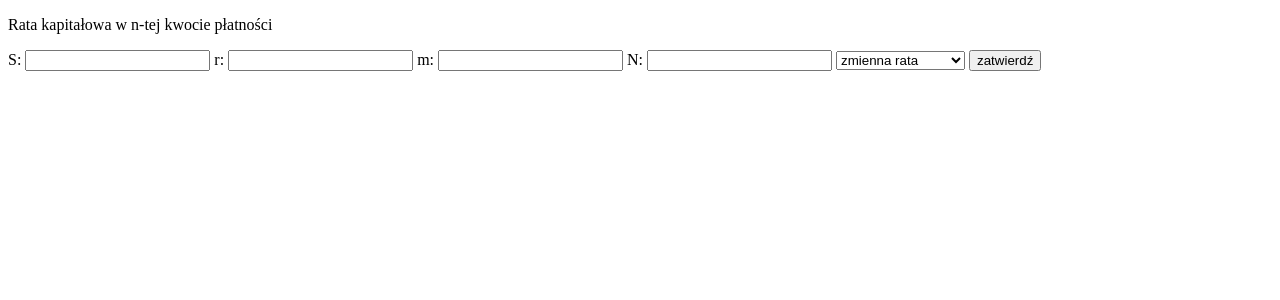
Repository: ravkita/MFCalc
Page: index.html
These files come from the project's save history. The page is drawn as it stood at one moment and after the next save; the edit follows.
The browser window is 1280 px wide. The pictures show the whole page.

Above is the page before, as saved 2021-04-12 17:43:38.

### index.html
<!DOCTYPE html>
<html lang="en">
<head>
    <meta charset="UTF-8">
    <meta http-equiv="X-UA-Compatible" content="IE=edge">
    <meta name="viewport" content="width=device-width, initial-scale=1.0">
    <title>Kalkulator</title>
</head>
<body>
    <p class="title">Rata kapitałowa w n-tej kwocie płatności </p>
    <form action="" id="rata">
        <label for="S">S:</label> <input type="number" name="S" class="s">
        <label for="r">r:</label> <input type="number" name="r" class="r">
        <label for="m">m:</label> <input type="number" name="m" class="m">
        <label for="N">N:</label> <input type="number" name="N" class="N">
        <select name="type" id="typ">
            <option value="1">zmienna rata</option>
            <option value="2">zmienne płatności</option>
        </select>
        <input type="button" name="confirm" id="confirm" value="zatwierdź">
    </form>
    <div class="result">

    </div>
    <script type="text/javascript">
        let s;
        let r;
        let m;
        let N;
        let q;
        function rataStała(){

        }
        function rataZmienna(){
            let tn = [];
                for(let i = 1; i<=N; i++){
                    const el = document.createElement("p");
                    tn[i-1] = s*((Math.pow(q, i) - Math.pow(q, i-1))/(Math.pow(q, m*N) - 1));
                    el.innerText = `T${i}: ${tn[i-1]}`;
                    document.querySelector('.result').appendChild(el);
                }
        }
        function kwotaPlatnosciStala(){
            const el = document.createElement("p");
            let a = s*Math.pow(q, m*N)*((q-1)/(Math.pow(q, m*N)-1));
            el.innerText = `A: ${a}`;
            document.querySelector('.result').appendChild(el);
        }
        function kwotaPlatnosciZmienna(){
            for(let i = 1; i<=N*m; i++){
                const el = document.createElement("p");
                let an = (s/(N*m))*[1+((N*m)-i+1)*(r/m)];
                el.innerText = `A${i}: ${an}`;
                document.querySelector('.result').appendChild(el);
            }
        }
        function getData(){
            document.getElementById('confirm').addEventListener('click', (e) =>{
                s = document.querySelector('.s').value;
                r = document.querySelector('.r').value;
                m = document.querySelector('.m').value;
                N = document.querySelector('.N').value;
                q = 1+(r/m);
                let type = document.querySelector('#typ').value;
                document.querySelector('.result').innerHTML="";
                if(type === "1"){
                    rataZmienna();
                    kwotaPlatnosciStala();
                }else{
                    kwotaPlatnosciZmienna();
                }

            });
        }
        getData();
    </script>
</body>
</html>

After the next save:
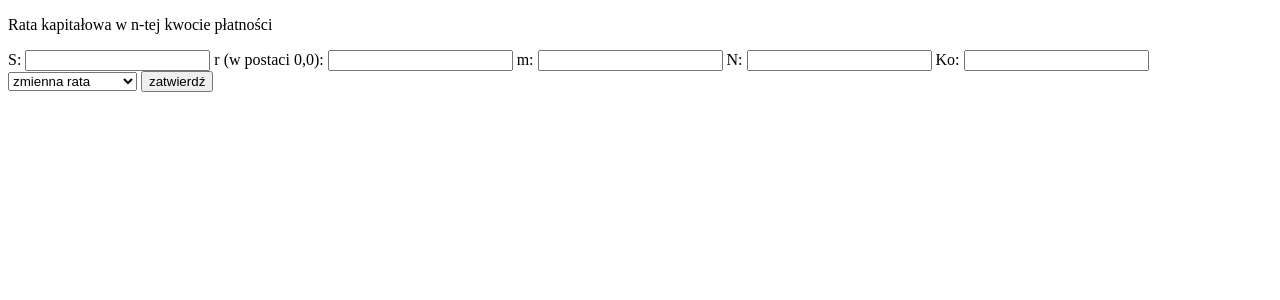
Saved 8 min 25 s later.
--- a/index.html
+++ b/index.html
@@ -10,9 +10,10 @@
     <p class="title">Rata kapitałowa w n-tej kwocie płatności </p>
     <form action="" id="rata">
         <label for="S">S:</label> <input type="number" name="S" class="s">
-        <label for="r">r:</label> <input type="number" name="r" class="r">
+        <label for="r">r (w postaci 0,0):</label> <input type="number" name="r" class="r">
         <label for="m">m:</label> <input type="number" name="m" class="m">
         <label for="N">N:</label> <input type="number" name="N" class="N">
+        <label for="Ko">Ko:</label> <input type="number" name="Ko" class="Ko">
         <select name="type" id="typ">
             <option value="1">zmienna rata</option>
             <option value="2">zmienne płatności</option>
@@ -28,6 +29,7 @@
         let m;
         let N;
         let q;
+        let Ko;
         function rataStała(){
 
         }
@@ -54,6 +56,14 @@
                 document.querySelector('.result').appendChild(el);
             }
         }
+        function narastanieKapitału(){
+            for(let i = 1; i<=N; i++){
+                const el = document.createElement("p");
+                let Kn = Ko*Math.pow(1+r, i);
+                el.innerText = `K${i}: ${Kn}`;
+                document.querySelector('.result').appendChild(el);
+            }
+        }
         function getData(){
             document.getElementById('confirm').addEventListener('click', (e) =>{
                 s = document.querySelector('.s').value;
